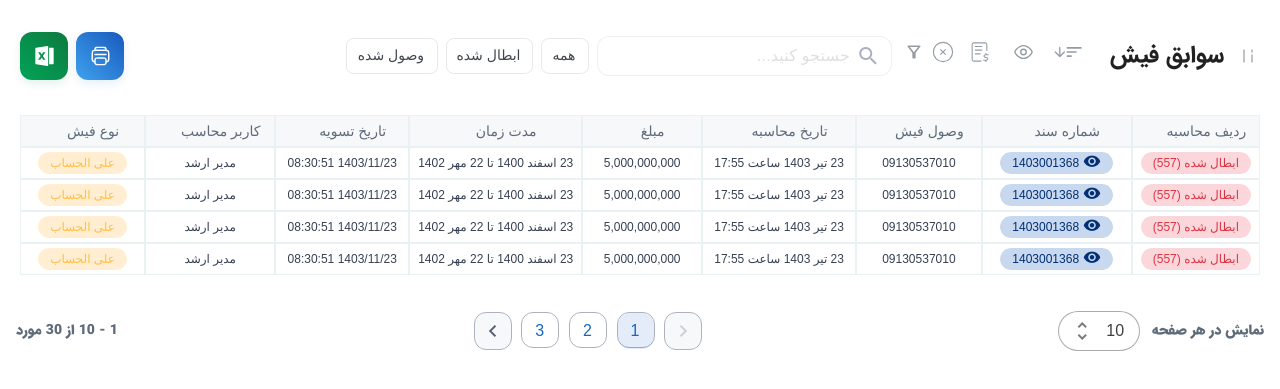
Repository: mobinazarein/data-table
Page: /
These files come from the project's save history. The page is drawn as it stood at one moment and after the next save; the edit follows.
The browser window is 1280 px wide. The pictures show the whole page.
Some web fonts or font styles are not loaded; a fallback is used. The project was rebuilt for these pictures with package versions that can differ from the ones it lists, and the page was loaded fresh each time. Also part of the build but not shown: vue.config.js.

Above is the page before, as saved 2025-03-26 10:22:10.

After the next save:
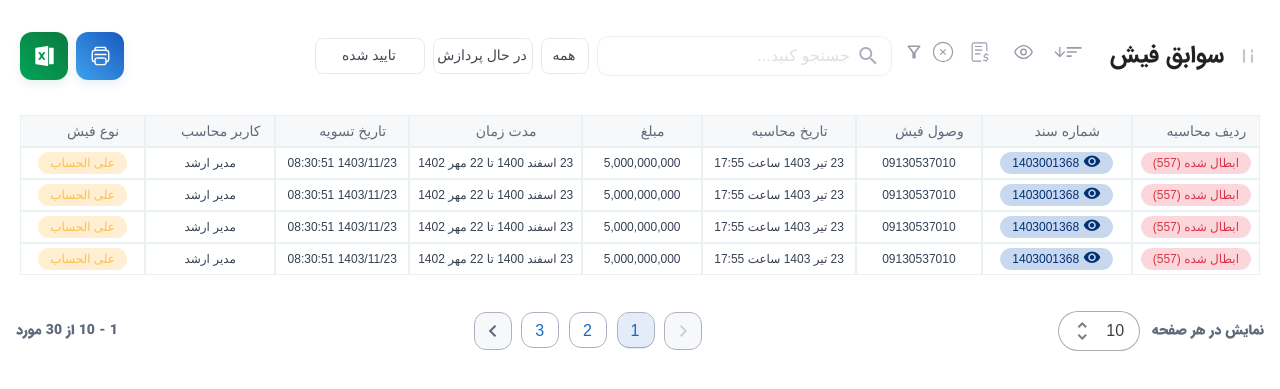
Saved 28 s later.
--- a/src/App.vue
+++ b/src/App.vue
@@ -8,7 +8,7 @@
             { key: 'documentNumber', bgColor: '#E4EFFF', textColor: '#013075', icon: 'mdi-eye', iconColor: '#013075', iconSize: '18px' },
             { key: 'receiptType', bgColor: '#FFBE4C26', textColor: '#FFBE4C' }
           ]" title="سوابق فیش" :iconComponent="PauseIcon"
-          :iconList="[PaginationIcon, EyeIcon, InvoiceIcon, CircleCross, FilterIcon]" :buttons="buttonList" />
+          :iconList="[PaginationIcon, EyeIcon, InvoiceIcon, CircleCross, FilterIcon]" :buttons="pageData.buttonList" />
       </div>
     </v-locale-provider>
   </v-app>
@@ -79,6 +79,11 @@
       user: 'مدیر ارشد',
       receiptType: 'علی الحساب'
     }
+  ],
+  buttonList: [
+    { label: 'همه', width: 48 },
+    { label: 'در حال پردازش', width: 100 },
+    { label: 'تایید شده', width: 110 },
   ]
 }).value;
 </script>
